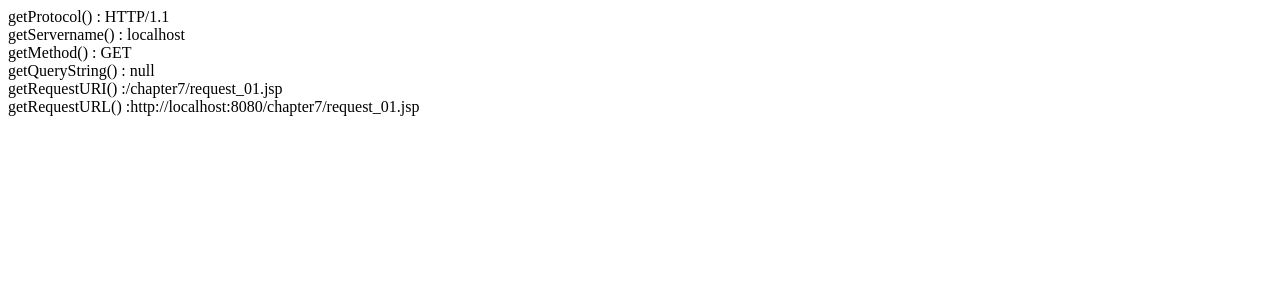
Repository: binkalos/JSP-STUDY
Page: http://localhost/chapter7/request_01.jsp
These files come from the project's save history. The page is drawn as it stood at one moment and after a run of saves; the edit follows.
The browser window is 1280 px wide. The pictures show the whole page.
The page is served by Tomcat 9.

Above is the page before, as saved 2019-06-14 02:36:52.

### chapter7/WebContent/request_01.jsp
<%@ page language="java" contentType="text/html; charset=UTF-8"
    pageEncoding="UTF-8"%>
<!DOCTYPE html>
<html>
<head>
<meta charset="UTF-8">
<title>Insert title here</title>
</head>
<body>
getProtocol() : <%= request.getProtocol() %><br>
getServername() : <%= request.getServerName() %><br>
getMethod() : <%= request.getMethod() %><br>
getQueryString() : <%= request.getQueryString() %><br> <!-- 요즘 사용하지 않음 -->
getRequestURI() :<%= request.getRequestURI() %><br>
getRequestURL() :<%= request.getRequestURL() %><br><!-- 전체 주소 다 나옴 -->
</body>
</html>

After the next 2 saves:
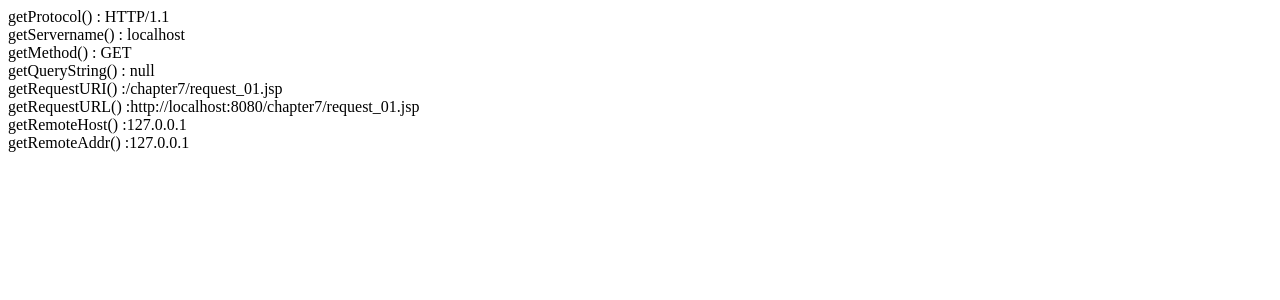
The 2 saves are shown as one change because they came seconds apart.
The last was saved 87 s later.
--- a/chapter7/WebContent/request_01.jsp
+++ b/chapter7/WebContent/request_01.jsp
@@ -13,5 +13,7 @@ getMethod() : <%= request.getMethod() %><br>
 getQueryString() : <%= request.getQueryString() %><br> <!-- 요즘 사용하지 않음 -->
 getRequestURI() :<%= request.getRequestURI() %><br>
 getRequestURL() :<%= request.getRequestURL() %><br><!-- 전체 주소 다 나옴 -->
+getRemoteHost() :<%= request.getRemoteHost() %><br>
+getRemoteAddr() :<%= request.getRemoteAddr() %><br>
 </body>
 </html>
